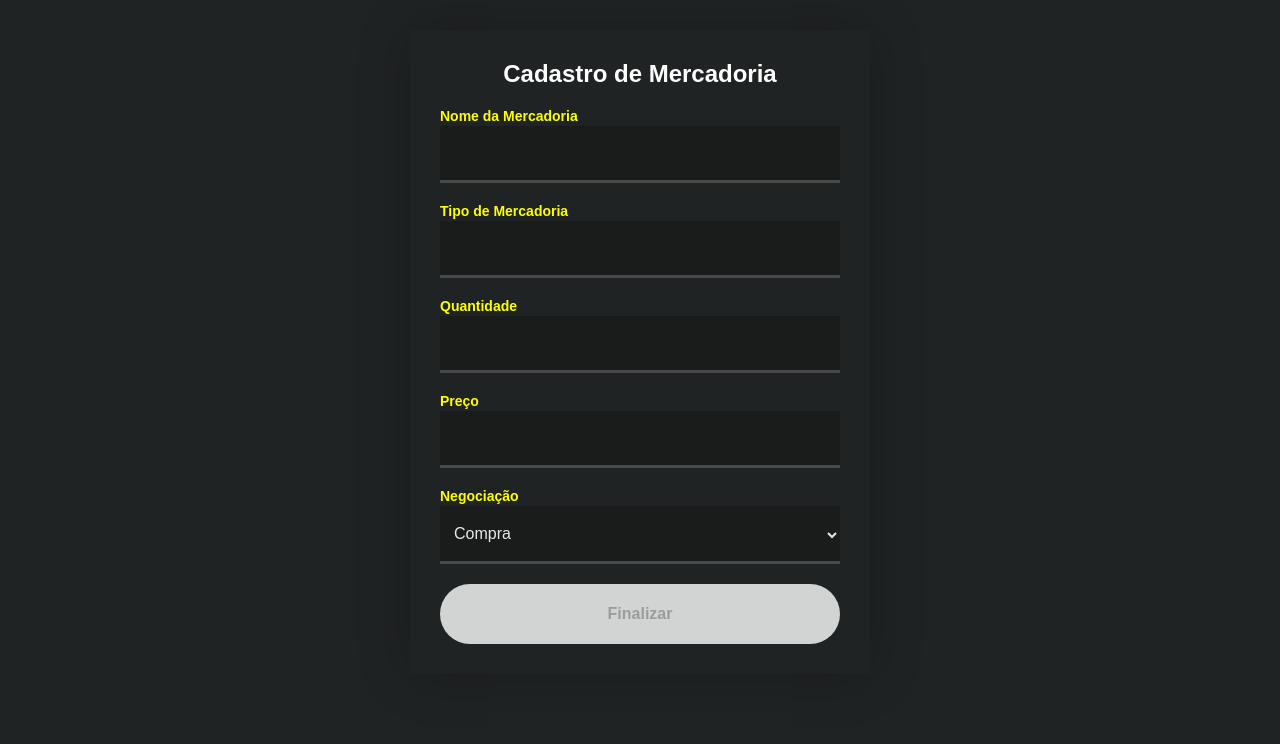
Repository: felipedischer/valemobi
Page: http://localhost/Valemobi/
An editor plug-in stored every save of this project. The page is shown before and after the next save, followed by the edit.
The browser window is 1280 px wide. The pictures show the whole page.
The page is served by Tomcat 9.

Above is the page before, as saved 2016-09-28 04:03:01.

After the next save:
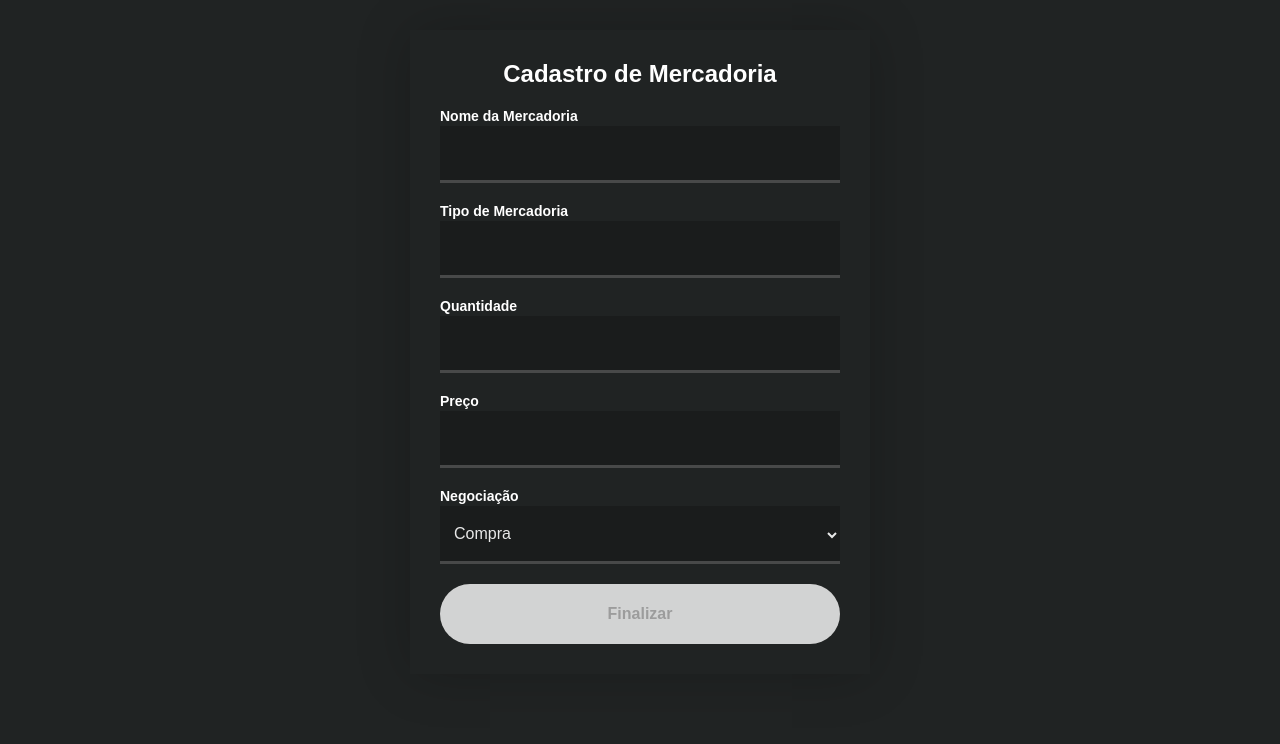
Saved 69 s later.
--- a/Valemobi/WebContent/estilo/css/estilo.css
+++ b/Valemobi/WebContent/estilo/css/estilo.css
@@ -56,7 +56,7 @@ form .grupo label{
 	font-weight: bold;
 	font-size: 14px;
 	margin-bottom: 2px;
-	color: yellow;
+	color: white;
 }
 form .grupo input, form .grupo select{
 	border: none;
